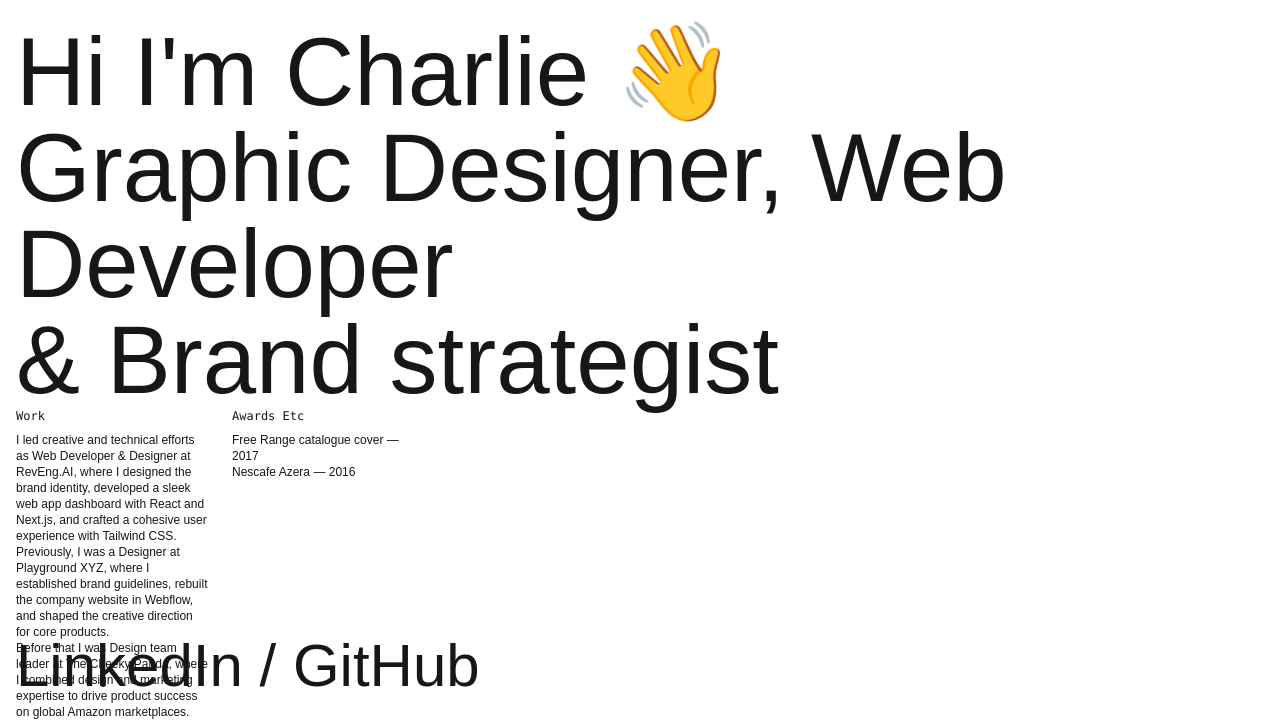
Repository: charlehs/portfolio
Page: /
An editor plug-in stored every save of this project. The page is shown before and after the next save, followed by the edit.
The browser window is 1280 px wide. The pictures show the whole page.
The project was rebuilt for these pictures with package versions that can differ from the ones it lists, and the page was loaded fresh each time. The framework's server and built-in components were replaced by stand-ins that run in the browser. Also part of the build but not shown: next.config.ts.

Above is the page before, as saved 2025-01-06 16:37:58.

After the next save:
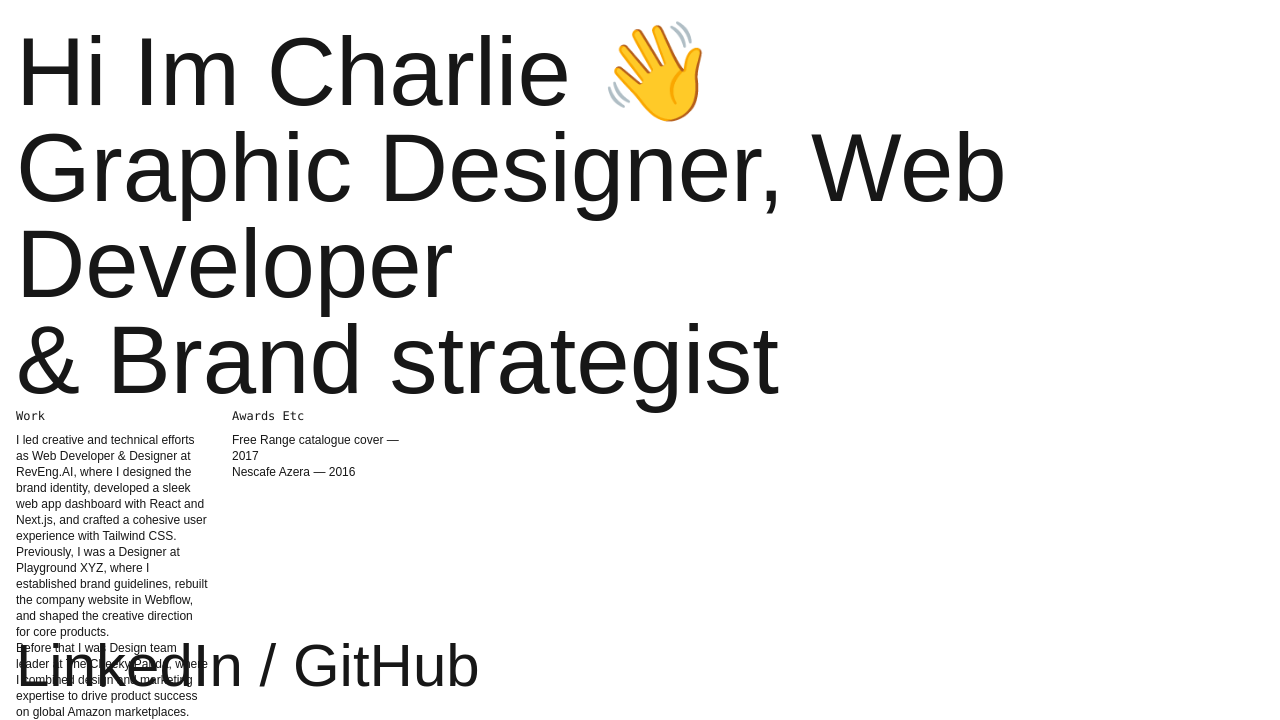
Saved 73 s later.
--- a/app/page.tsx
+++ b/app/page.tsx
@@ -35,7 +35,7 @@
       <main className=" flex flex-col h-[75%] justify-between">
         <div>
           <p className="text-8xl">
-            <span className="line">Hi I'm Charlie 👋</span>
+            <span className="line">Hi Im Charlie 👋</span>
             <br />
             <span className="line">Graphic Designer, Web Developer</span>
             <br />

After the save that followed:
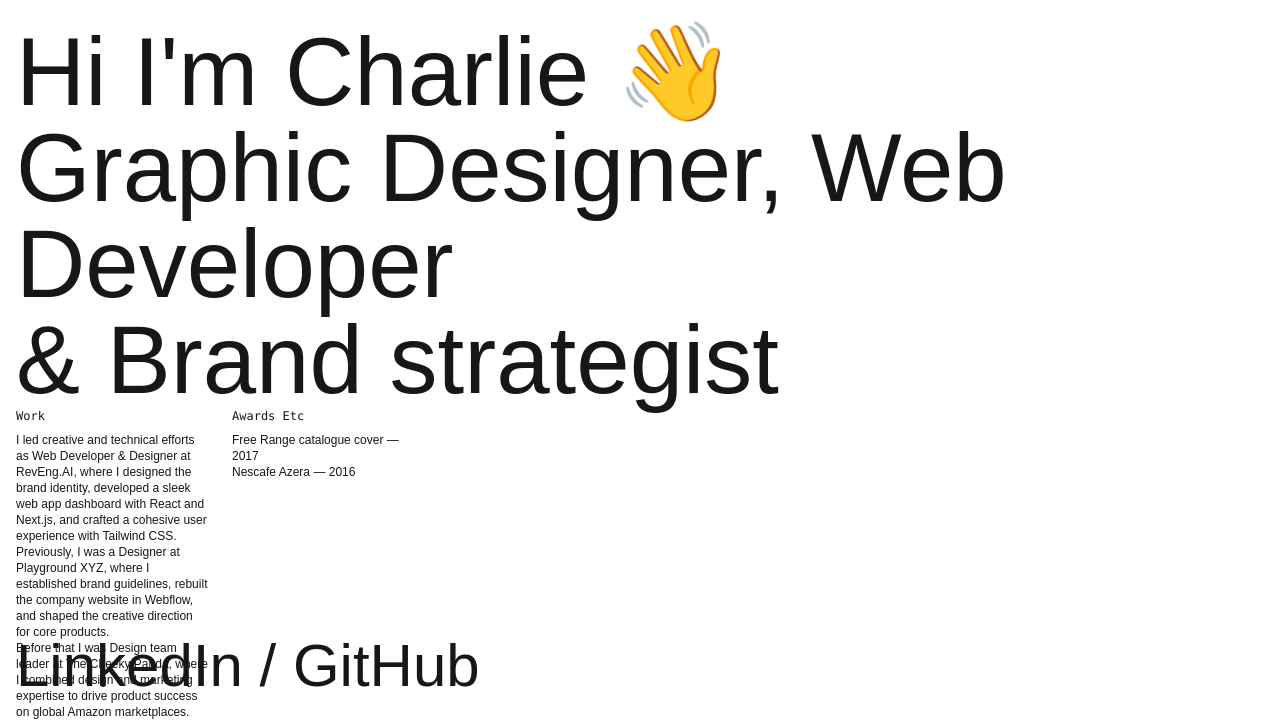
Saved 11 s later.
--- a/app/page.tsx
+++ b/app/page.tsx
@@ -35,7 +35,7 @@
       <main className=" flex flex-col h-[75%] justify-between">
         <div>
           <p className="text-8xl">
-            <span className="line">Hi Im Charlie 👋</span>
+            <span className="line">Hi I&apos;m Charlie 👋</span>
             <br />
             <span className="line">Graphic Designer, Web Developer</span>
             <br />
